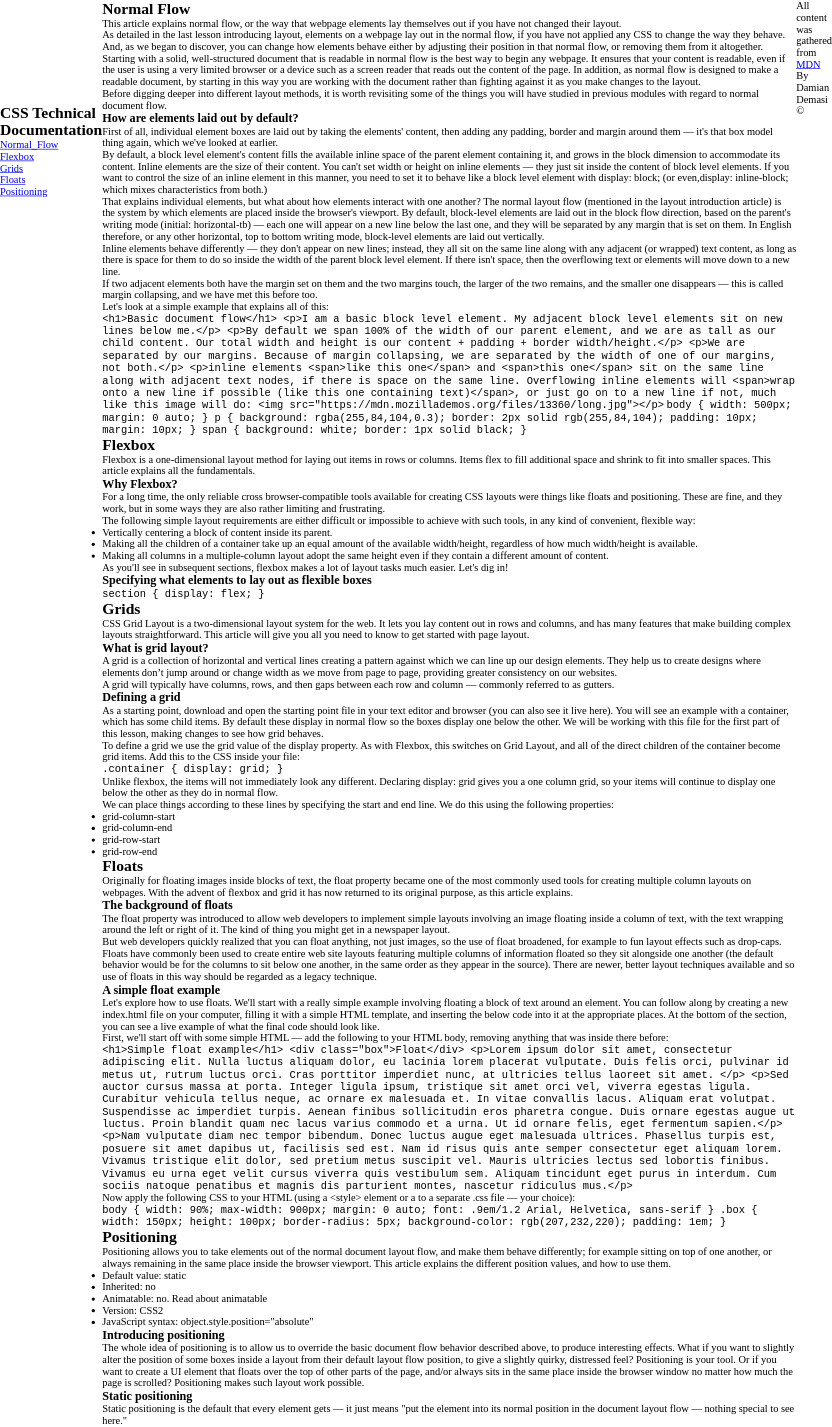
Repository: Colo-Codes/freecodecamp-04-Technical-Documentation-Page
Page: index.html
These files come from the project's save history. The page is drawn as it stood at one moment and after the next save; the edit follows.
The browser window is 1280 px wide. The pictures show the whole page, at 65% of full size.

Above is the page before, as saved 2021-05-21 11:26:05.

### index.html
<!DOCTYPE html>
<html lang="en">

<head>
    <meta charset="UTF-8">
    <meta http-equiv="X-UA-Compatible" content="IE=edge">
    <meta name="viewport" content="width=device-width, initial-scale=1.0">
    <link rel="stylesheet" href="./resources/css/index.css" type="text/css">
    <title>Technical Documentation Page</title>
</head>

<body>
    <header>
        <nav id="navbar">
            <!-- On the left of screen, fixed (visible) -->
            <header>
                <h1>CSS Technical Documentation</h1>
            </header>
            <ul>
                <li><a href="#Normal_Flow" class="nav-link">Normal_Flow</a></li>
                <li><a href="#Flexbox" class="nav-link">Flexbox</a></li>
                <li><a href="#Grids" class="nav-link">Grids</a></li>
                <li><a href="#Floats" class="nav-link">Floats</a></li>
                <li><a href="#Positioning" class="nav-link">Positioning</a></li>
            </ul>
        </nav>
    </header>
    <main id="main-doc">
        <section class="main-section" id="Normal_Flow">
            <header>
                <h2>Normal Flow</h2>
            </header>
            <p>This article explains normal flow, or the way that webpage elements lay themselves out if you have not
                changed their
                layout.</p>
            <p>As detailed in the last lesson introducing layout, elements on a webpage lay out in the normal flow, if
                you have not
                applied any CSS to change the way they behave. And, as we began to discover, you can change how elements
                behave
                either by adjusting their position in that normal flow, or removing them from it altogether. Starting
                with a solid,
                well-structured document that is readable in normal flow is the best way to begin any webpage. It
                ensures that your
                content is readable, even if the user is using a very limited browser or a device such as a screen
                reader that reads
                out the content of the page. In addition, as normal flow is designed to make a readable document, by
                starting in
                this way you are working with the document rather than fighting against it as you make changes to the
                layout.</p>
            <p>Before digging deeper into different layout methods, it is worth revisiting some of the things you will
                have studied
                in previous modules with regard to normal document flow.</p>
            <h3>How are elements laid out by default?</h3>
            <p>First of all, individual element boxes are laid out by taking the elements' content, then adding any
                padding, border
                and margin around them — it's that box model thing again, which we've looked at earlier.
            </p>
            <p>By default, a block level element's content fills the available inline space of the parent element
                containing it,
                and grows in the block dimension to accommodate its content. Inline elements are the size of their
                content. You
                can't set width or height on inline elements — they just sit inside the content of block level elements.
                If you want
                to control the size of an inline element in this manner, you need to set it to behave like a block level
                element
                with display: block; (or even,display: inline-block; which mixes characteristics from both.)
            </p>
            <p>That explains individual elements, but what about how elements interact with one another? The normal
                layout flow
                (mentioned in the layout introduction article) is the system by which elements are placed inside the
                browser's
                viewport. By default, block-level elements are laid out in the block flow direction, based on the
                parent's writing
                mode (initial: horizontal-tb) — each one will appear on a new line below the last one, and they will be
                separated by
                any margin that is set on them. In English therefore, or any other horizontal, top to bottom writing
                mode,
                block-level elements are laid out vertically.
            </p>
            <p>Inline elements behave differently — they don't appear on new lines; instead, they all sit on the same
                line along
                with any adjacent (or wrapped) text content, as long as there is space for them to do so inside the
                width of the
                parent block level element. If there isn't space, then the overflowing text or elements will move down
                to a new
                line.
            </p>
            <p>If two adjacent elements both have the margin set on them and the two margins touch, the larger of the
                two remains,
                and the smaller one disappears — this is called margin collapsing, and we have met this before too.</p>
            <p>Let's look at a simple example that explains all of this:</p>
            <code>&lt;h1&gt;Basic document flow&lt;/h1&gt;

                &lt;p&gt;I am a basic block level element. My adjacent block level elements sit on new lines below me.&lt;/p&gt;

                &lt;p&gt;By default we span 100% of the width of our parent element, and we are as tall as our child content. Our total width and height is our content + padding + border width/height.&lt;/p&gt;

                &lt;p&gt;We are separated by our margins. Because of margin collapsing, we are separated by the width of one of our margins, not both.&lt;/p&gt;

                &lt;p&gt;inline elements &lt;span&gt;like this one&lt;/span&gt; and &lt;span&gt;this one&lt;/span&gt; sit on the same line along with adjacent text nodes, if there is space on the same line. Overflowing inline elements will &lt;span&gt;wrap onto a new line if possible (like this one containing text)&lt;/span&gt;, or just go on to a new line if not, much like this image will do: &lt;img src="https://mdn.mozillademos.org/files/13360/long.jpg"&gt;&lt;/p&gt;</code>
            <code>body {
                width: 500px;
                margin: 0 auto;
              }

              p {
                background: rgba(255,84,104,0.3);
                border: 2px solid rgb(255,84,104);
                padding: 10px;
                margin: 10px;
              }

              span {
                background: white;
                border: 1px solid black;
              }</code>


        </section>

        <section class="main-section" id="Flexbox">
            <header>
                <h2>Flexbox</h2>
            </header>
            <p>Flexbox is a one-dimensional layout method for laying out items in rows or columns. Items flex to fill
                additional space and shrink to fit into smaller spaces. This article explains all the fundamentals.</p>
            <h3>Why Flexbox?</h3>
            <p>For a long time, the only reliable cross browser-compatible tools available for creating CSS layouts were
                things like floats and positioning. These are fine, and they work, but in some ways they are also rather
                limiting and frustrating.</p>
            <p>The following simple layout requirements are either difficult or impossible to achieve with such tools,
                in any kind of convenient, flexible way:</p>
            <ul>
                <li>Vertically centering a block of content inside its parent.</li>
                <li>Making all the children of a container take up an equal amount of the available width/height,
                    regardless of how much width/height is available.</li>
                <li>Making all columns in a multiple-column layout adopt the same height even if they contain a
                    different amount of content.</li>
            </ul>
            <p>As you'll see in subsequent sections, flexbox makes a lot of layout tasks much easier. Let's dig in!</p>
            <h3>Specifying what elements to lay out as flexible boxes</h3>
            <code>section {
                display: flex;
              }</code>


        </section>

        <section class="main-section" id="Grids">
            <header>
                <h2>Grids</h2>
            </header>
            <p>CSS Grid Layout is a two-dimensional layout system for the web. It lets you lay content out in rows and
                columns, and has many features that make building complex layouts straightforward. This article will
                give you all you need to know to get started with page layout.</p>
            <h3>What is grid layout?</h3>
            <p>A grid is a collection of horizontal and vertical lines creating a pattern against which we can line up
                our design elements. They help us to create designs where elements don’t jump around or change width as
                we move from page to page, providing greater consistency on our websites.</p>
            <p>A grid will typically have columns, rows, and then gaps between each row and column — commonly referred
                to as gutters.</p>
            <h3>Defining a grid</h3>
            <p>As a starting point, download and open the starting point file in your text editor and browser (you can
                also see it live here). You will see an example with a container, which has some child items. By default
                these display in normal flow so the boxes display one below the other. We will be working with this file
                for the first part of this lesson, making changes to see how grid behaves.</p>
            <p>To define a grid we use the grid value of the display property. As with Flexbox, this switches on Grid
                Layout, and all of the direct children of the container become grid items. Add this to the CSS inside
                your file:</p>
            <code>.container {
                display: grid;
            }</code>
            <p>Unlike flexbox, the items will not immediately look any different. Declaring display: grid gives you a
                one column grid, so your items will continue to display one below the other as they do in normal flow.
            </p>
            <p>We can place things according to these lines by specifying the start and end line. We do this using the
                following properties:</p>
            <ul>
                <li>grid-column-start</li>
                <li>grid-column-end</li>
                <li>grid-row-start</li>
                <li>grid-row-end</li>
            </ul>

        </section>

        <section class="main-section" id="Floats">
            <header>
                <h2>Floats</h2>
            </header>
            <p>Originally for floating images inside blocks of text, the float property became one of the most commonly
                used tools for creating multiple column layouts on webpages. With the advent of flexbox and grid it has
                now returned to its original purpose, as this article explains.</p>
            <h3>The background of floats</h3>
            <p>The float property was introduced to allow web developers to implement simple layouts involving an image
                floating inside a column of text, with the text wrapping around the left or right of it. The kind of
                thing you might get in a newspaper layout.</p>
            <p>But web developers quickly realized that you can float anything, not just images, so the use of float
                broadened, for example to fun layout effects such as drop-caps.</p>
            <p>Floats have commonly been used to create entire web site layouts featuring multiple columns of
                information floated so they sit alongside one another (the default behavior would be for the columns to
                sit below one another, in the same order as they appear in the source). There are newer, better layout
                techniques available and so use of floats in this way should be regarded as a legacy technique.</p>
            <h3>A simple float example</h3>
            <p>Let's explore how to use floats. We'll start with a really simple example involving floating a block of
                text around an element. You can follow along by creating a new index.html file on your computer, filling
                it with a simple HTML template, and inserting the below code into it at the appropriate places. At the
                bottom of the section, you can see a live example of what the final code should look like.</p>
            <p>First, we'll start off with some simple HTML — add the following to your HTML body, removing anything
                that was inside there before:</p>
            <code>&lt;h1&gt;Simple float example&lt;/h1&gt;

                &lt;div class="box"&gt;Float&lt;/div&gt;

                &lt;p&gt;Lorem ipsum dolor sit amet, consectetur adipiscing elit. Nulla luctus aliquam dolor, eu lacinia lorem placerat vulputate. Duis felis orci, pulvinar id metus ut, rutrum luctus orci. Cras porttitor imperdiet nunc, at ultricies tellus laoreet sit amet. &lt;/p&gt;

                &lt;p&gt;Sed auctor cursus massa at porta. Integer ligula ipsum, tristique sit amet orci vel, viverra egestas ligula. Curabitur vehicula tellus neque, ac ornare ex malesuada et. In vitae convallis lacus. Aliquam erat volutpat. Suspendisse ac imperdiet turpis. Aenean finibus sollicitudin eros pharetra congue. Duis ornare egestas augue ut luctus. Proin blandit quam nec lacus varius commodo et a urna. Ut id ornare felis, eget fermentum sapien.&lt;/p&gt;

                &lt;p&gt;Nam vulputate diam nec tempor bibendum. Donec luctus augue eget malesuada ultrices. Phasellus turpis est, posuere sit amet dapibus ut, facilisis sed est. Nam id risus quis ante semper consectetur eget aliquam lorem. Vivamus tristique elit dolor, sed pretium metus suscipit vel. Mauris ultricies lectus sed lobortis finibus. Vivamus eu urna eget velit cursus viverra quis vestibulum sem. Aliquam tincidunt eget purus in interdum. Cum sociis natoque penatibus et magnis dis parturient montes, nascetur ridiculus mus.&lt;/p&gt;
            </code>
            <p>Now apply the following CSS to your HTML (using a &lt;style&gt; element or a
                <link> to a separate .css file — your choice):
            </p>
            <code>
                body {
                    width: 90%;
                    max-width: 900px;
                    margin: 0 auto;
                    font: .9em/1.2 Arial, Helvetica, sans-serif
                  }

                  .box {
                    width: 150px;
                    height: 100px;
                    border-radius: 5px;
                    background-color: rgb(207,232,220);
                    padding: 1em;
                  }
                </code>

        </section>

        <section class="main-section" id="Positioning">
            <header>
                <h2>Positioning</h2>
            </header>
            <p>Positioning allows you to take elements out of the normal document layout flow, and make them behave
                differently; for example sitting on top of one another, or always remaining in the same place inside the
                browser viewport. This article explains the different position values, and how to use them.</p>
            <ul>
                <li>Default value: static</li>
                <li>Inherited: no</li>
                <li>Animatable: no. Read about animatable</li>
                <li>Version: CSS2</li>
                <li>JavaScript syntax: object.style.position="absolute"</li>
            </ul>
            <h3>Introducing positioning</h3>
            <p>The whole idea of positioning is to allow us to override the basic document flow behavior described
                above, to produce interesting effects. What if you want to slightly alter the position of some boxes
                inside a layout from their default layout flow position, to give a slightly quirky, distressed feel?
                Positioning is your tool. Or if you want to create a UI element that floats over the top of other parts
                of the page, and/or always sits in the same place inside the browser window no matter how much the page
                is scrolled? Positioning makes such layout work possible.</p>
            <h3>Static positioning</h3>
            <p>Static positioning is the default that every element gets — it just means "put the element into its
                normal position in the document layout flow — nothing special to see here."</p>
        </section>
    </main>
    <footer>
        <p>All content was gathered from <a href="https://developer.mozilla.org/en-US/docs/Learn/CSS/CSS_layout" target="_blank">MDN</a></p>
        By Damian Demasi &copy;
    </footer>
</body>

</html>

### resources/css/index.css
/* TODO - My Technical Documentation page should use at least one media query. */

/* Reset */
html {
    box-sizing: border-box;
    font-size: 16px;
}

*, *:before, *:after {
    box-sizing: inherit;
    margin: 0;
    padding: 0;
}

body {
    position: relative;
    display: flex;
    align-items: flex-start;
}

#navbar {
    padding-top: 160px;
    position: sticky;
    top: 20px;
}

#Flexbox {
    position: sticky;
    top: 20px;

}

#Grids {
    position: sticky;
    top: 20px;
}

After the next save:
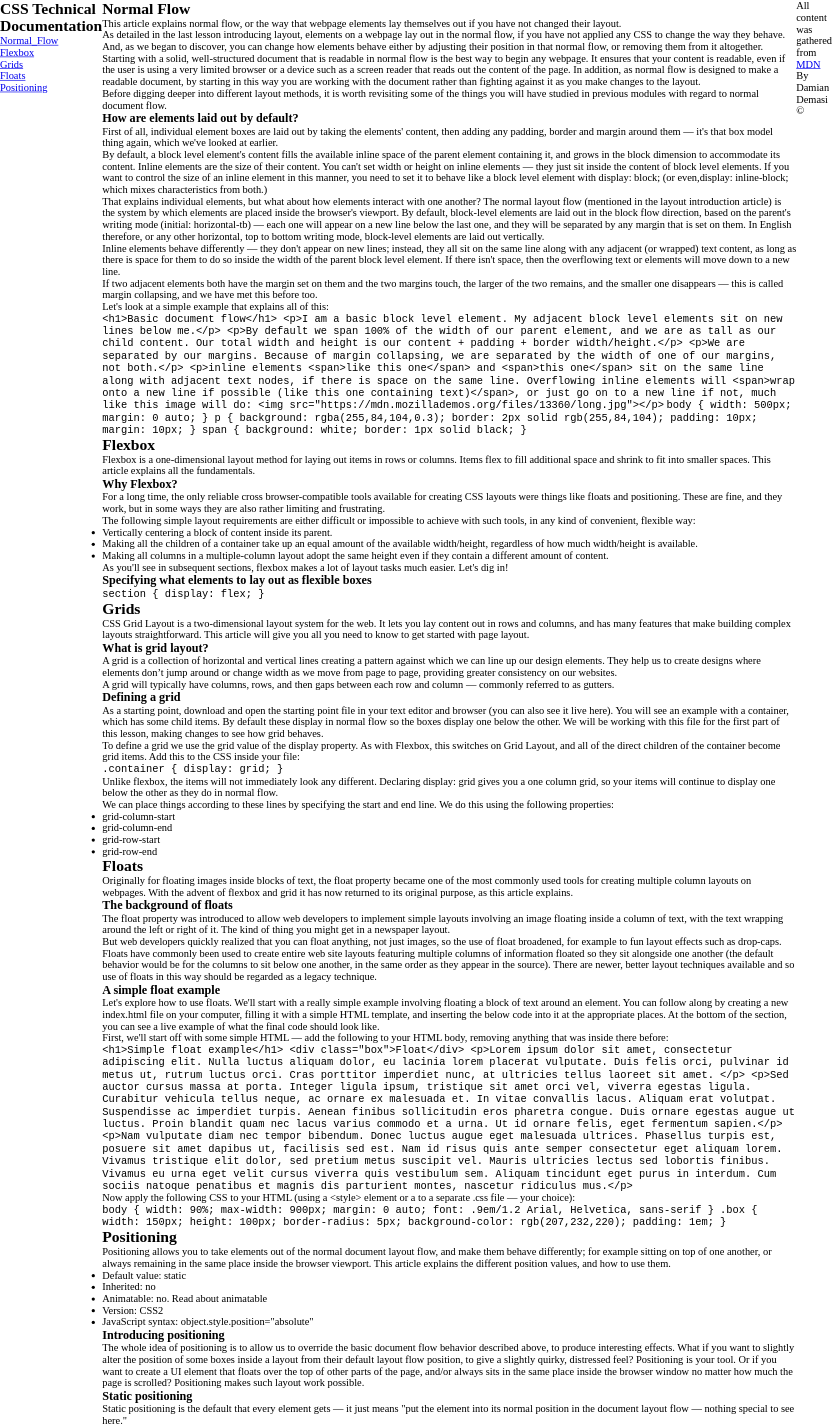
Saved 17 s later.
--- a/resources/css/index.css
+++ b/resources/css/index.css
@@ -19,7 +19,7 @@ body {
 }
 
 #navbar {
-    padding-top: 160px;
+    align-self: center;
     position: sticky;
     top: 20px;
 }
